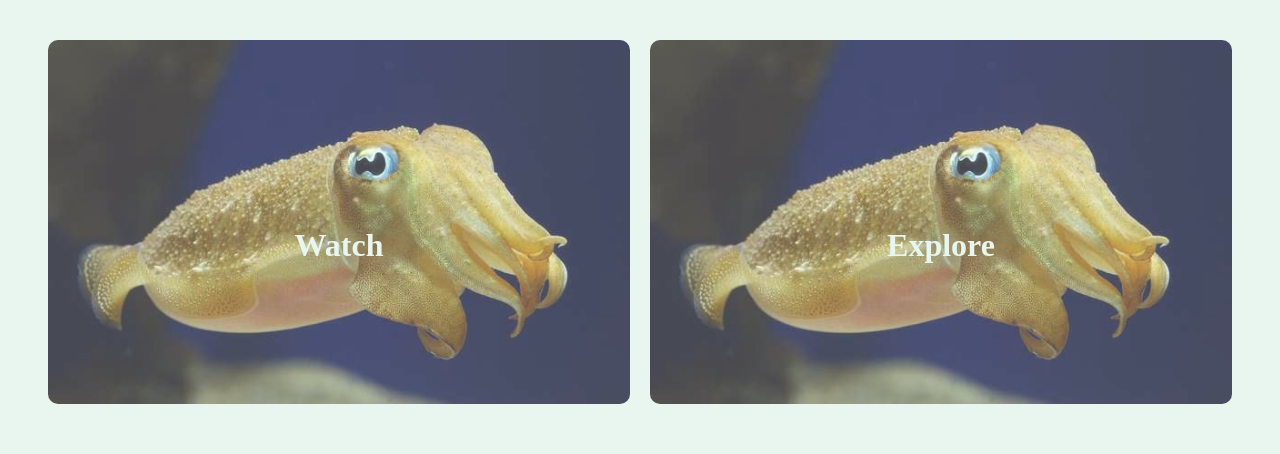
Repository: neomort/comm-lab-vid-site
Page: index.html
These files come from the project's save history. The page is drawn as it stood at one moment and after the next save; the edit follows.
The browser window is 1280 px wide. The pictures show the whole page.

Above is the page before, as saved 2021-09-12 21:35:52.

### index.html
<!DOCTYPE html>

<head>
<title>The String: 30 second film festival home</title>
<link rel="icon" href="images/chicken.png"/>
<link rel="stylesheet" href="./css/styles.css" />
</head>

<body class="bg-2">
  <div >
    <div class="default-margin">
      <div class="row">
        <div class="column container">
          <a href="https://www.youtube.com/watch?v=O3Jf4U1E7Jc"><img class="image-1" src="images/cuddle.jpg" /></a>
          <H1 class="font centered-text text-light">Watch</H1>
        </div>
        <div class="column-2 container">
          <a href="https://www.youtube.com/watch?v=O3Jf4U1E7Jc"><img class="image-1" src="images/cuddle.jpg" /></a>
          <H1 class="font centered-text text-light">Explore</H1>
        </div>
      </div>


    </div>

</div>
</body>

### css/styles.css
/* background colors */
/* color scheme */
.bg-1 {
  /* Yellow */
  background: #FFE194;
}

.bg-2 {
  /* Light */
  background: #E8F6EF;
}

.bg-3 {
  /* medium */
  background: #E8F6EF;
}

.bg-4 {
  /* dark */
  background: #4C4C6D;
}

.text-light {
  /* Light */
  color: #E8F6EF;
}

.text-dark {
  /* dark */
  background: #4C4C6D;
}

.font {
  font-family: Poppins;
}



/* flex properties */

.row {
  display: flex;
}

.column {
  flex: 50%;
  padding: 10px;
}

.column-2 {
  flex: 50%;
  padding: 10px;
  align-content: end;
}

.default-margin{
  margin: 30px;

}

.image-1 {
  border-radius: 10px;
  width: 100%;
  opacity: 70%;
  transition: 0.3s;
}

.image-1:hover {
  width: 101%;
  opacity:100%;
}

.container {
  position: relative;
  text-align: center;

}

.centered-text {
  position: absolute;
  top: 50%;
  left: 50%;
  transform: translate(-50%, -50%);
}

After the next save:
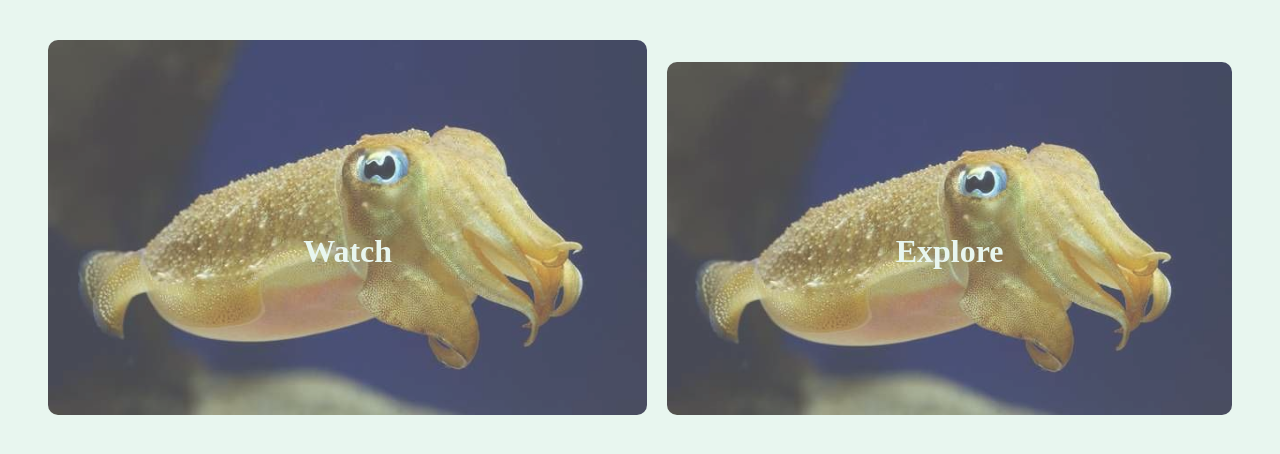
Saved 9 min 25 s later.
--- a/index.html
+++ b/index.html
@@ -10,10 +10,11 @@
   <div >
     <div class="default-margin">
       <div class="row">
-        <div class="column container">
-          <a href="https://www.youtube.com/watch?v=O3Jf4U1E7Jc"><img class="image-1" src="images/cuddle.jpg" /></a>
+        <a href="https://www.youtube.com/watch?v=O3Jf4U1E7Jc"><div class="column container">
+          <img class="image-1" src="images/cuddle.jpg" />
           <H1 class="font centered-text text-light">Watch</H1>
         </div>
+      </a>
         <div class="column-2 container">
           <a href="https://www.youtube.com/watch?v=O3Jf4U1E7Jc"><img class="image-1" src="images/cuddle.jpg" /></a>
           <H1 class="font centered-text text-light">Explore</H1>

After the 2 saves that followed:
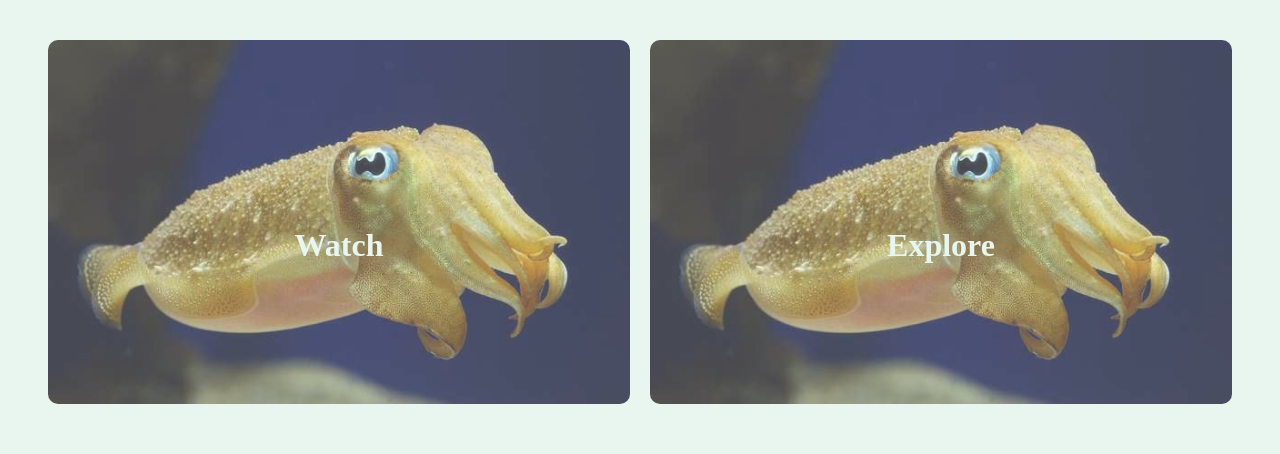
The 2 saves are shown as one change because 1 left the picture as it was.
The last was saved 77 s later.
--- a/index.html
+++ b/index.html
@@ -10,15 +10,18 @@
   <div >
     <div class="default-margin">
       <div class="row">
-        <a href="https://www.youtube.com/watch?v=O3Jf4U1E7Jc"><div class="column container">
+        <a href="https://www.youtube.com/watch?v=O3Jf4U1E7Jc">
+         <div class="column container">
           <img class="image-1" src="images/cuddle.jpg" />
           <H1 class="font centered-text text-light">Watch</H1>
         </div>
       </a>
+      <a href="https://www.youtube.com/watch?v=O3Jf4U1E7Jc">
         <div class="column-2 container">
-          <a href="https://www.youtube.com/watch?v=O3Jf4U1E7Jc"><img class="image-1" src="images/cuddle.jpg" /></a>
+          <img class="image-1" src="images/cuddle.jpg" />
           <H1 class="font centered-text text-light">Explore</H1>
         </div>
+      </a>
       </div>
 
 
--- a/css/styles.css
+++ b/css/styles.css
@@ -73,7 +73,13 @@
 .container {
   position: relative;
   text-align: center;
+}
 
+.container img {
+  border-radius: 10px;
+  width: 100%;
+  opacity: 70%;
+  transition: 0.3s;
 }
 
 .centered-text {
